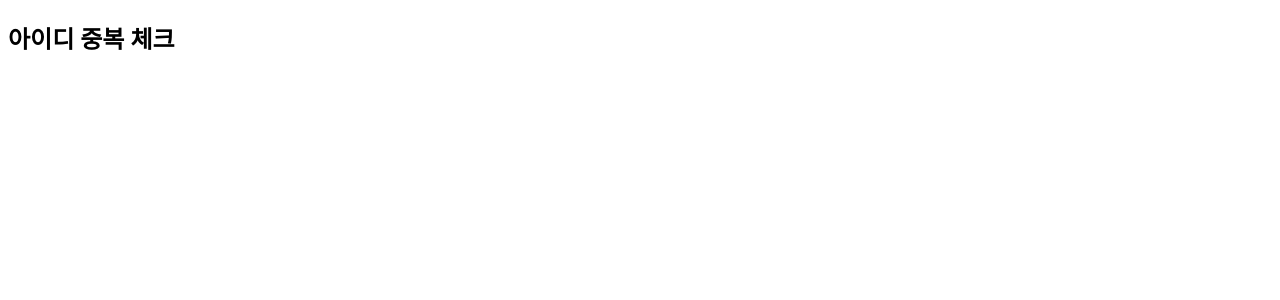
Repository: o3orr/jsp_study
Page: http://localhost/web-study-09/member/idcheck.jsp
An editor plug-in stored every save of this project. The page is shown before and after the next save, followed by the edit.
The browser window is 1280 px wide. The pictures show the whole page.
The page is served by Tomcat 9. Other server files are loaded and not shown.

Above is the page before, as saved 2024-03-06 07:47:28.

### web-study-09/src/main/webapp/member/idcheck.jsp
<%@ page language="java" contentType="text/html; charset=UTF-8"
    pageEncoding="UTF-8"%>
<!DOCTYPE html>
<html>
<head>
<meta charset="UTF-8">
<title>Insert title here</title>
</head>
<body>
	<h2>아이디 중복 체크</h2>
	<form action="idCheck.do" method="get" name="frm"></form>
</body>
</html>

After the next save:
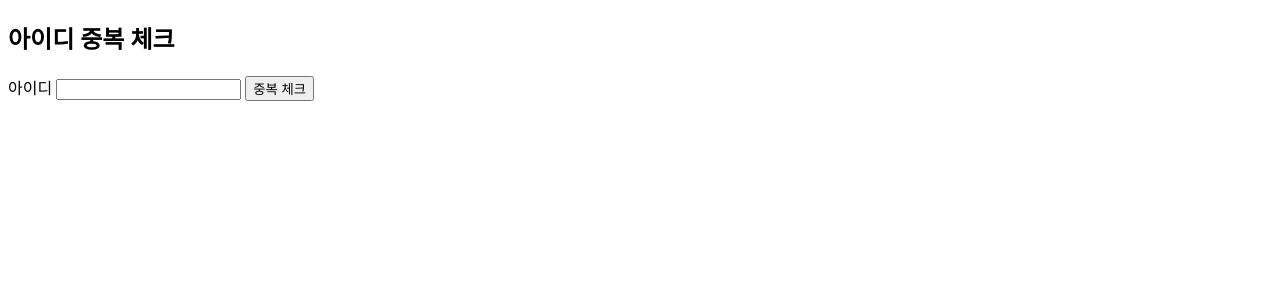
Saved 56 s later.
--- a/web-study-09/src/main/webapp/member/idcheck.jsp
+++ b/web-study-09/src/main/webapp/member/idcheck.jsp
@@ -8,6 +8,12 @@
 </head>
 <body>
 	<h2>아이디 중복 체크</h2>
-	<form action="idCheck.do" method="get" name="frm"></form>
+	<form action="idCheck.do" method="get" name="frm">
+		아이디 <input type="text" name="userid" value=${userid }>
+			<input type="submit" value="중복 체크">
+
+		<br>
+
+	</form>
 </body>
 </html>
